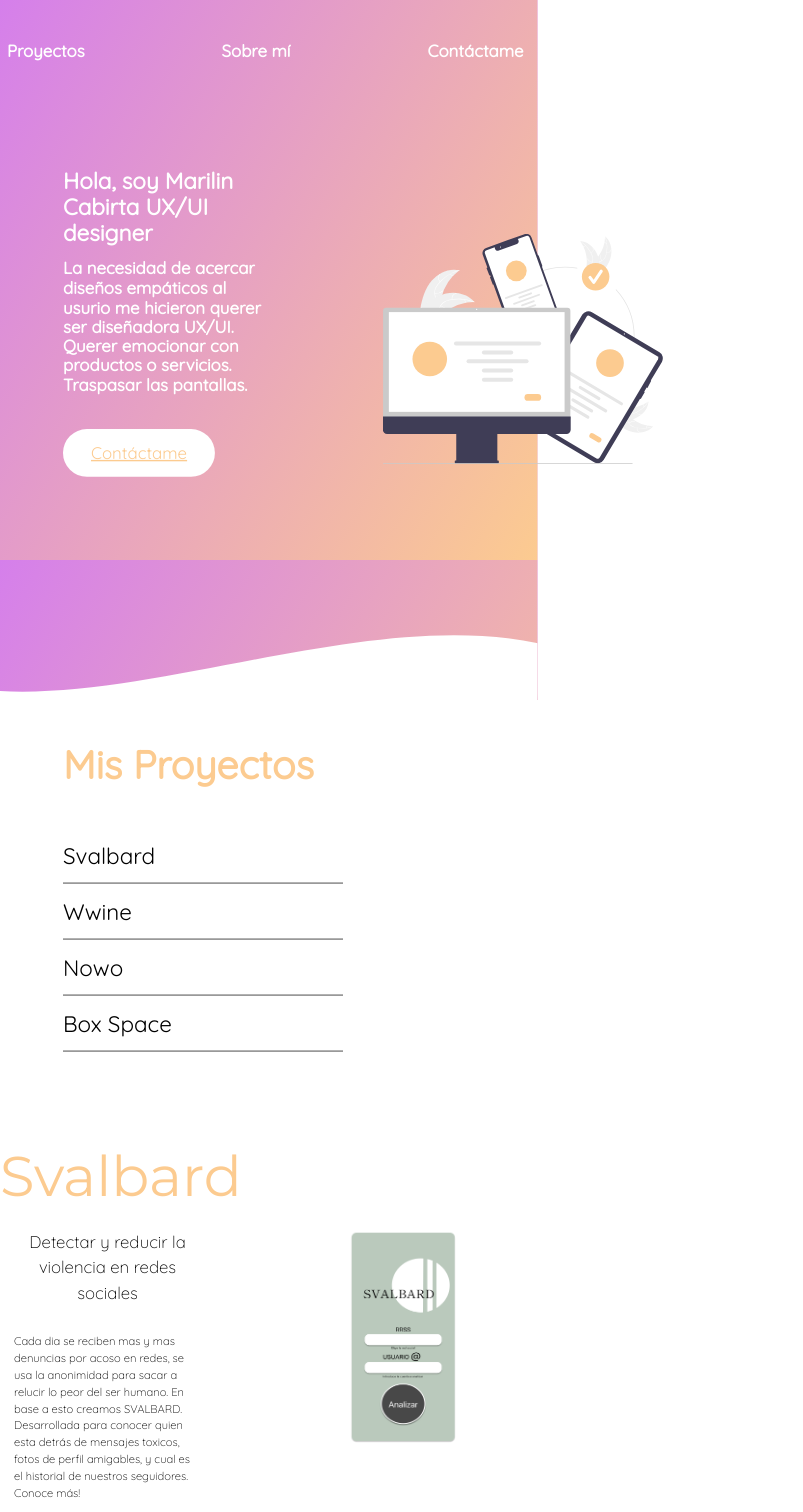
Repository: Marilyncabirta/portfolioHTML
Page: index.html
An editor plug-in stored every save of this project. The page is shown before and after the next save, followed by the edit.
The browser window is 768 px wide. The page is 1147 px wide, so the pictures cover 1147 px, including what lies to the right of the window. The pictures show the part of the page from y = 0 to 2160 px (the page is 4776 px tall), at 70% of full size.
Backgrounds fixed to the window are drawn as part of the page. Some web libraries are served in a nearby version.

Above is the page before, as saved 2022-12-16 12:47:31.

### index.html
<!DOCTYPE html>
<html lang="es">
<head>
    <meta charset="UTF-8">
    <meta name="viewport" content="width=device-width, initial-scale=1.0">
    <title>Portafolio AlexCG</title>
    <link rel="stylesheet" href="css/normalize.css">
    <link rel="stylesheet" href="css/estilos.css">
    <link rel="preconnect" href="https://fonts.googleapis.com">
<link rel="preconnect" href="https://fonts.gstatic.com" crossorigin>
<link href="https://fonts.googleapis.com/css2?family=Montserrat:wght@100;400;700&family=Quicksand:wght@300;400&display=swap" rel="stylesheet">
</head>


<body>

    <header class="hero">
        <div class="contenedor">
            <nav class="nav">
                <a href="" class="nav__items nav__items--cta">Proyectos</a>
                <a href="" class="nav__items">Sobre mí</a>
                <a href="" class="nav__items">Contáctame</a>
            </nav>

            <section class="hero__contenedor">
                <div class="hero__texts">
                    <h1 class="hero__title">Hola, soy Marilin Cabirta UX/UI designer</h1>
                    <h2 class="hero_subtitle">La necesidad de acercar diseños empáticos al usurio me hicieron querer ser diseñadora UX/UI. Querer emocionar con productos o servicios. Traspasar las pantallas.</h2>
                    <a href="" class="hero_cta">Contáctame</a>
                </div>
                <div class="contenedor_ilustraciones">
                    <img class="hero_image" src="assets/hero1.svg" alt="marilincabirta">
                </div>
            </section>
        </div>
        <div>
            <div class="hero_wave" style= "overflow:hidden;" ><svg viewBox="0 0 500 150" preserveAspectRatio="none" style="height: 100%; width: 100%;"><path d="M-0.56,130.76 C150.00,150.00 349.20,-49.99 503.38,30.10 L500.00,150.00 L0.00,150.00 Z" style="stroke: none; fill: #fff;"></path></svg></div>
        </div>
    </header>

    <main >
        <section class="presentacion__container">
            <h2 class="subtitle--h2">Mis Proyectos</h2>
            <div class="lista">
                <ul>
                    <li><a class="nombres" href="#">Svalbard<a></li>
                        <div class="linea"></div>
                    <li><a class="nombres" href="#">Wwine</a></li>
                        <div class="linea"></div>
                    <li><a class="nombres" href="#">Nowo</a></li>
                        <div class="linea"></div>
                    <li><a class="nombres" href="#">Box Space</a></li>
                        <div class="linea"></div>

                </ul>
            </div>
        </section>

        <section class="about__container">
            <div class="about__texts">
                <h2 class="subtitle">Svalbard</h2>
                <p class="about__paragraph">Detectar y reducir la violencia en redes sociales</p>
                <p class="about__content">Cada dia se reciben mas y mas denuncias por acoso en redes, se usa la anonimidad para sacar a relucir lo peor del ser humano. En base a esto creamos SVALBARD. Desarrollada para conocer quien esta detrás de mensajes toxicos, fotos de perfil amigables, y cual es el historial de nuestros seguidores. Conoce más!</p>
                <a class="about__button" href="">Conoce más</a>
            </div>
            <div class="about__img">
                <img class="about__picture" src="assets/LOG IN.png"   alt="">
            </div>
        </section>

        <section class="about__container">
            <div class="about__img">
                <img src="assets/wwine mockup.jpg" class="about__picture"alt="">
            </div>
            <div class="about__texts">
                <h2 class="subtitle">Wwine</h2>
                <p class="about__paragraph">¿Quién no ha deseado alguna vez poder saber más de un vino antes de comprarlo?</p>
                <p class="about__content">Le damos forma a los deseos de todos los consumidores de vino y desarrollamos este dispositivo para poder conocer las propiedades olfativas de un vino antes de comprarlo. No nos crees? Te contamos más!</p>
                <a class="about__button" href="">Conoce más</a>
            </div>

        </section>

        <section class="about__container">
            <div class="about__texts">
                <h2 class="subtitle">Nowo</h2>
                <p class="about__paragraph">Mejoramos tu forma de viajar</p>
                <p class="about__content">Millones de personas se desplazan todos los días por ocio o por trabajo y su principal carga son las maletas. Venimos a revolucionar el concepto de viajar. Nosotros nos ocupamos de las maletas, ofreciéndote los packs más completos para que nada te falte!</p>
                <a class="about__button" href="">Conoce más</a>
            </div>
            <div class="about__img">
                <img src="assets/Nowo by rebellion 1.jpg" class="about__picture" alt="">
            </div>
        </section>

        <section class="about__container">
            <div class="about__img">
                <img src="assets/mock uo.jpg" class="about__picture" alt="">
            </div>
            <div class="about__texts">
                <h2 class="subtitle">Box Space</h2>
                <p class="about__paragraph">Como conseguimos que haya más usuarios en los parques urbanos?</p>
                <p class="about__content">Esta App fue creada para mejorar la asistencia a los parques urbanos. En un mundo con prisas, acercamos la tecnología y la era digital a aquellos entornos naturales que nos encanta disfrutar, pero que todavía no nos permiten desarrollar todas nuestras facetas diarias cómodamente.Descúbrela!</p>
                <a class="about__button" href="">Conoce más</a>
            </div>

        </section>

    </main>

    <footer class="footer">
        <div container class="container footer__grid">
            <nav class="nav nav--footer">
                <a class="nav_items nav__items--footer" href="">Inicio </a>
                <a class="nav_items nav__items--footer" href="">Sobre mí</a>
                <a class="nav_items nav__items--footer" href="">Proyectos</a>
            </nav>

            <section class="footer__contact">
                <h3 class="footer__title"> Contáctame</h3>
                <div class="footer__icons">
                    <span class="footer__container-icons">
                        <a href="#" class="fab fa-medium footer__icon"></a>
                    </span>
                    <span class="footer__container-icons">
                        <a href="#" class="fab fa-linkedin footer__icon"></a>
                    </span>
                    <span class="footer__container-icons">
                        <a href="#" class="fab fa-mailchimp footer__icon"></a>
                    </span>

                </div>
            </section>



        </div>
    </footer>







    <script src="https://kit.fontawesome.com/b4fd9d412c.js" crossorigin="anonymous"></script>
</body>
</html>

### css/estilos.css

@import url('https://fonts.googleapis.com/css2?family=Montserrat:wght@100;400;700&family=Quicksand:wght@300;400&display=swap');


:root{
    --background:linear-gradient(120deg,#d57feb   0%,#fccb90 100%);
    --color-secondary:#fccb90;
    --color-primary: white;
    --boton-padding: 20px 40px;
}
body{

    font-family: 'Montserrat', sans-serif;
    font-family: 'Quicksand', sans-serif;
}

.hero{
    width: 100%;
    height: 1000px;
    background-image: var(--background);
    background-repeat: no-repeat;
    background-attachment: fixed;
    position: relative;
}

.contenedor{
  padding: 20px 0;

}
.hero__contenedor{
    width: 100%;
    display: grid;
    grid-template-columns: 1fr 1fr ;
    height: 100%;
    justify-content: space-evenly;
    align-items: center;
    padding-bottom: 50px;
    margin: 50px;

}


.contenedor_ilustraciones{
    width: 800px;
    height: auto;
    text-align: center;
    justify-content: center;
}

.hero__texts{
    width: 50%;
    height: inherit;
    color: white;
    margin-top: 20px;
    margin: 0 60px;
}
.hero_image{
    width: 70%
}

.hero_wave{
    position: absolute;
    bottom: 0;
    left: 0;
    height: 100px;
    width: 100%;
}

.nav{
    display: flex;
    justify-content: flex-end;
    height: 80px;
    align-items: right;
    font-weight: 700;
    margin-top: 30px;

}

.nav--footer{
    font-weight: 300;
    justify-content: flex-start;
}

.nav__items{
    color: white;
    text-decoration: none;
    font-size: 32px;
    padding: 20px 15px;
    margin-right: 40px;
    font-weight: inherit;
}

.nav__items--cta{
    border: 2px solid white;
    border-radius: 40px;
}

.nav__items:hover{
    text-decoration: underline;
}
.nav__items--footer{
    padding: 10px;
}



.hero_cta{
    display: inline-block;
    font-size: 24px;
    background-color: var(--color-primary);
    color: #fccb90;
    padding: 20px 40px;
    margin-top: 30px;
    border-radius: 40px;
    text-align: center;
    justify-content: center;
}

.hero__texts{
    width: 90%;
    margin: 40px;
}

.hero__title{
    font-size: 60px;
    margin-top: 80px;

}

.hero__subtitle{
    font-size: 2rem;
    font-weight: 400;
    margin: 20px 0;
}

/* presentacion proyectos */



.presentacion__container{
    width: 60%;
    height: auto;
    padding-top: 0;
    text-align: center;
    text-decoration: none;
    margin-left: 50px;
}

.subtitle{
    font-size: 56px;
    color:var(--color-secondary);
    padding-bottom: 10px;
    font-weight: 700;
    text-align: center;
    margin: 40px;
}
.subtitle--h2{
    font-size: 56px;
    color:var(--color-secondary);
    padding-bottom: 10px;
    font-weight: 700;
    text-align: center;
    margin: 60px 40px;
    text-align: left;
}

.presentacion__container li{
    font-size: 32px;
    margin-top: 10px;
    padding: 10px 0;
    text-decoration: none;
}

.lista li{
 text-decoration: none;
 list-style: none;
 text-align: left;

}

.lista a{
    text-decoration: none;
    color: black;

}

.lista li:hover{
    font-size: 3.5rem;
    transition: 1s;
}

.lista div{
    border-top: 1px solid black;
    height: 2px;
    max-width: 400px;
    padding: 0;
    margin: 10px 0 auto 0;

}

.about__container{
    width: 70%;
    min-height: 800px;
    max-width: 1300px;
    height: auto;
    display: grid;
    grid-template-columns: 1fr 1fr ;
    margin: 60px auto;
    background-color: var(--color-primary);
    align-items: center;

}

.about__texts{

    justify-content: center;
    text-align: left;
    margin: 20px ;

}
.about__img{
     justify-content: center;
    text-align: center;
    margin: 20px;

}

.subtitle{
    font-size: 80px;
    font-family: "Montserrat";
    font-weight: 400;
    margin: 10px auto;

}



.about__picture{
    width: 250px;
    height: 500px;
    max-height: 800px;
}

.about__paragraph{
    margin: 20px;
    line-height: 1.5;
    font-weight: 300;
    font-size: 24px;
}

.about__content{
    font-size: 16px;
    margin: 40px 20px;
    text-align: left;
    line-height: 1.5;
    font-weight: 300;
}

.about__button{
    margin: 60px 20px;
    padding: 10px 10px;
    background-color:var(--color-secondary);
    color: white;
    border-radius: 20px;
    text-align: center;
    text-decoration: none;
}

/* footer */

.footer{
    background:var(--background);
    padding-bottom: 40px;



}

.footer__grid{
    display: grid;
    grid-template-columns: 3fr 2fr;
    gap: 20px;
    align-items: center;
    margin: 40px;
}

.nav_items{
    text-decoration: none;
    color: white;
    font-size: 20px;
    margin:0 0 0 10px;
}

.footer__title{
    font-weight: 400;
    color: white;
    font-size:2rem ;
    margin-bottom: 20px;
    text-align: center;
}

.footer__icons{
    display: flex;
    justify-content: space-evenly;
    font-size: 32px;
}

.footer__container-icons{
    display: inline-block;
    width: 60px;
    height: 60px;
    color: white;
    text-align: center;
    border: 1px solid white;
    border-radius: 50%;

}

.footer__icon{
    color: white;
    text-decoration: none;
    font-size: 30px;

}

.fab.footer__icon{
line-height: 60px;
text-decoration: underline;
}


/* responsive design */

@media screen and (max-width:800px){
        :root{
            --botton-padding:18px 40px;
        }

        .nav{
            justify-content:space-between
        }
        .nav__items--cta{
            border: none;
        }

        .nav__items{
            color: white;
            text-decoration: none;
            font-size: 24px;
            padding: 10px 10px;
            margin-right: 10px;
            font-weight: inherit;
        }

        .nav__items--footer{
            border: none;
        }
        .hero{
            width: 100%;
        }

        .hero__contenedor{
            width: 100%;
            display: grid;
            grid-template-columns: 1fr 1fr ;
            height: 100%;
            justify-content: space-evenly;
            align-items: center;
            padding-bottom: 50px;
            margin: 50px;

        }

        .hero__texts{
            width: 100%;
            margin-bottom: 80px;
        }
        .hero__title{
            font-size: 2rem;
            margin-bottom: 20px;
        }

        .hero__subtitle{
            font-size: 1.5rem;
        }

        .hero{
            width: 100%;
        }

        .about__container{
            width: 100%;
            min-height: 500px;
        }
        .about__picture{
            width: 150px;
            height: 300px;

        }
        .about__texts{
            width: 80%;
            justify-content: center;
            text-align: center;
            margin: 60px 0px;

        }

        .hero_image{
            width: 50%;
        }

        .presentacion__container{
            width: 80%;
        }

         .about__img{
            width: auto;
            text-align: center;
        }
    .footer{
        width: 100%;
    }
}


@media screen and (max-width:500px){

    :root{
        --botton-padding:15px 20px;
    }

    .hero{
        width: 100%;
        height: auto;
        position: relative;
    }
    .hero__contenedor{
        width: 100%;
        display: grid;
        grid-template-columns: 1fr;
        height: 100%;
        justify-content: center;
        align-items: center;
        padding-bottom: 80px;

    }
    .nav{
        flex-wrap: nowrap;
        justify-content: space-evenly;
        margin-top: 10px;

    }
    .nav__items--cta{
        border: none;
    }

    .nav__items{
        color: white;
        text-decoration: none;
        font-size: 20px;
        padding: 10px 20px;
        margin-right: 20px;

    }

    .nav__items--footer{
        border: none;
    }


    .hero__texts{
        margin-bottom: 50px;
        text-align: center;
    }
    .hero__title{
        font-size: 2rem;
        margin-bottom: 20px;
    }

    .hero__subtitle{
        font-size: 2rem;
        margin-bottom: 20px;
    }


    /* about */

    .subtitle{
        font-size: 2.5rem;
    }
    .about__paragraph{
        margin: 10px 10px;
        line-height: 1.5;
        font-weight: 300;
        font-size: 16px;
        text-align: left;
    }

    .about__content{
        font-size: 16px;
        margin: 10px 10px 40px 10px ;
        text-align: left;
        line-height: 1.5;
        font-weight: 300;
    }

    .nombres{
        font-size: 24px;
    }

    .about__container{
        width: 80%;
        min-height: 600px;
        height: auto;
        display: grid;
        margin: 20px auto;
        background-color: var(--color-primary);
        align-items: center;
     }

     .about__picture{
        width: 140px;
        height: 300px;
        max-height: 800px;

    }
     .contenedor_ilustraciones{
        width: 100%;
        height: auto;
        text-align: center;
        justify-content: center;
    }

    .about__texts:nth-child(2), :nth-child(4){
        grid-row: 1/2;
     }

     /* Footer */
     }

Loaded but not shown: css/normalize.css (library)

After the next save:
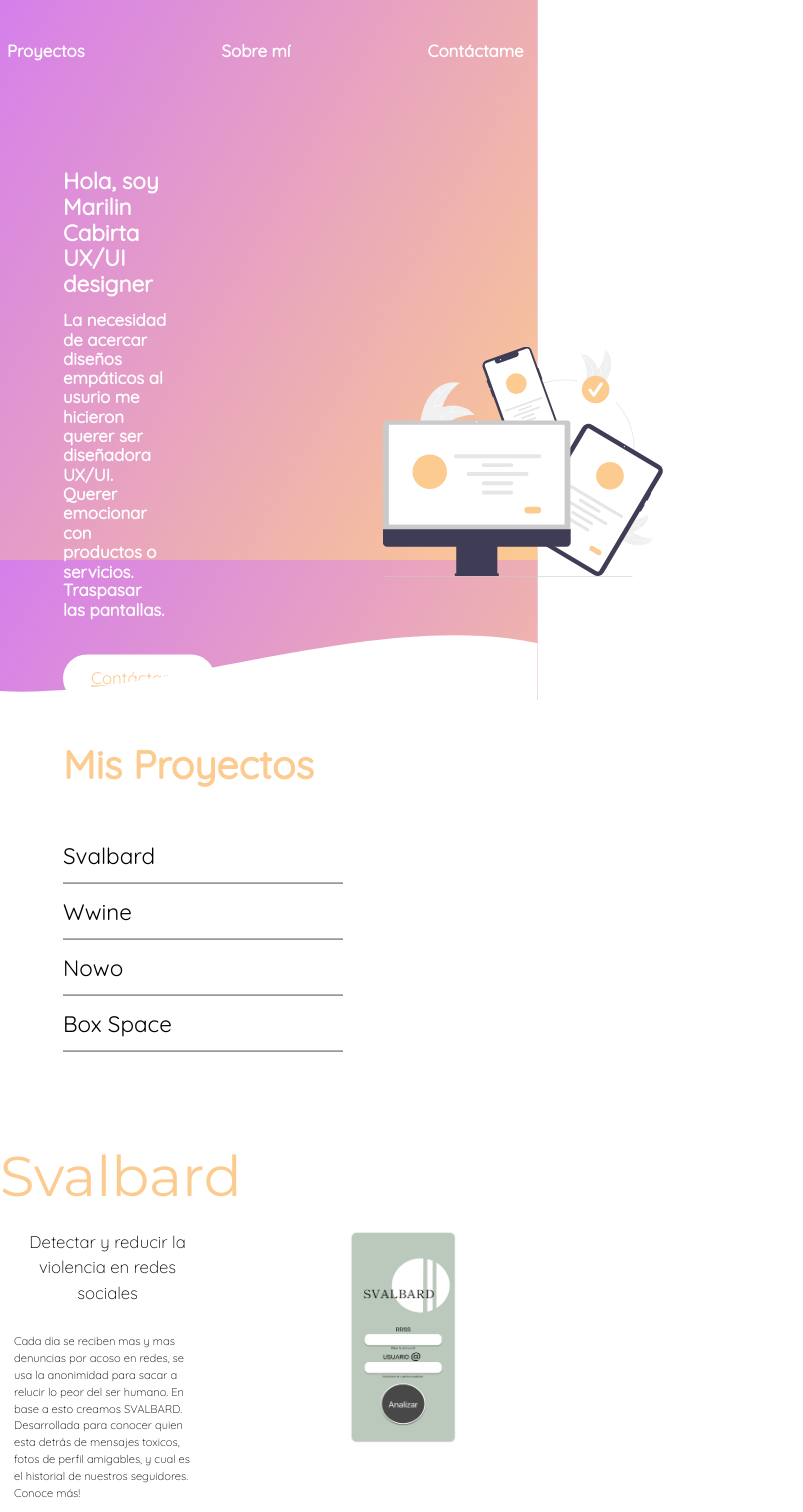
Saved 19 s later.
--- a/css/estilos.css
+++ b/css/estilos.css
@@ -372,7 +372,7 @@ text-decoration: underline;
         }
 
         .hero__texts{
-            width: 100%;
+            width: 50%;
             margin-bottom: 80px;
         }
         .hero__title{
@@ -383,11 +383,6 @@ text-decoration: underline;
         .hero__subtitle{
             font-size: 1.5rem;
         }
-
-        .hero{
-            width: 100%;
-        }
-
         .about__container{
             width: 100%;
             min-height: 500px;
